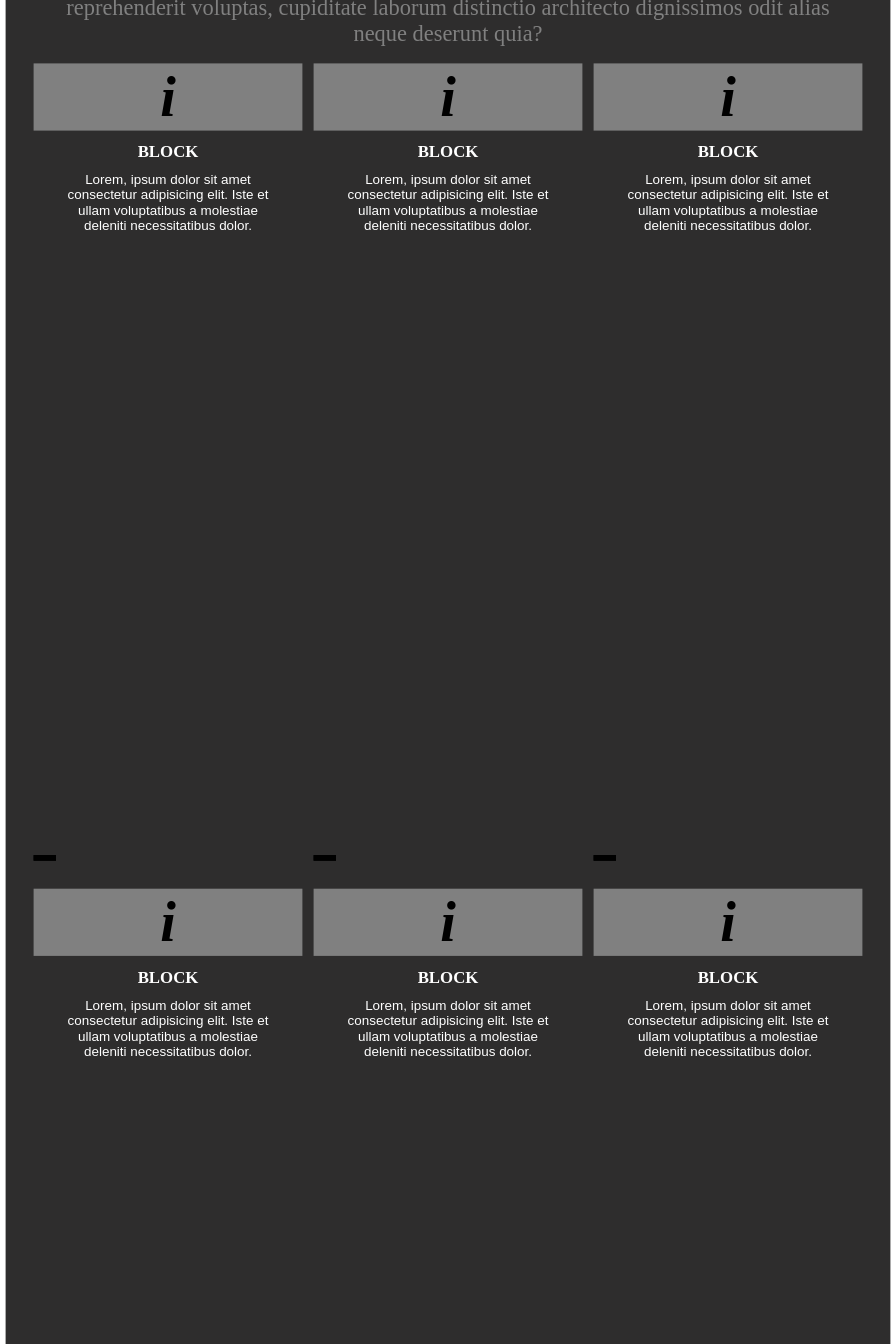
Repository: MohmdMHR/limesharp-test
Page: /
An editor plug-in stored every save of this project. The page is shown before and after the next save, followed by the edit.
The browser window is 1280 px wide. The pictures show the part of the page from y = 431 to 2351 px (the page is 4300 px tall), at 70% of full size.
The project was rebuilt for these pictures with package versions that can differ from the ones it lists, and the page was loaded fresh each time. Also part of the build but not shown: vue.config.js.

Above is the page before, as saved 2022-07-20 17:59:15.

### src/main.js
import Vue from "vue";
import Main from "./Main.vue";

Vue.config.productionTip = false;

new Vue({
  render: (h) => h(Main),
}).$mount("#app");

### src/Main.vue
<template>
  <div class="main container">
    <h1 class="main-title">Experienced & multi-talented</h1>
    <hr class="spacer" />
    <div class="main-content">
      Lorem ipsum dolor sit amet consectetur adipisicing elit. Sequi autem
      facere beatae atque reprehenderit voluptas, cupiditate laborum distinctio
      architecto dignissimos odit alias neque deserunt quia?
    </div>
    <div class="cards-container">
      <card
        v-for="(card, index) in numberOfCards"
        :key="index"
        title="block"
      ></card>
    </div>
  </div>
</template>

<script>
import Card from "./components/card.vue";

export default {
  name: "App",
  components: {
    Card,
  },
  data() {
    return {
      numberOfCards: 8,
    };
  },
};
</script>

<style lang="scss" scoped>
.main {
  padding: 15rem 2rem;
  background-color: rgb(46, 45, 45);
}
.main-title {
  color: white;
  text-align: center;
  font-size: 3rem;
}
.spacer {
  border-top: 3px solid white;
  width: 5rem;
}
.main-content {
  color: gray;
  text-align: center;
  margin: 1rem 2rem;
  font-size: 2rem;
}
.cards-container {
  display: grid;
  grid-template-columns: repeat(auto-fit, 25rem);
  justify-content: center;
}
</style>

### src/components/card.vue
<template>
  <div class="card container">
    <div class="card-banner-img">i</div>
    <div class="card-content">
      <h1 class="card-content-title">{{ title }}</h1>
      <p class="card-content-text" :class="{ collapsed: collapsed }">
        Lorem, ipsum dolor sit amet consectetur adipisicing elit. Iste et ullam
        voluptatibus a molestiae deleniti necessitatibus dolor.
      </p>
    </div>

    <div
      class="card-btn"
      :class="{ toggled: collapsed }"
      @click="collapse()"
    ></div>
  </div>
</template>

<script>
export default {
  name: "SingleCard",
  data() {
    return {
      collapsed: false,
    };
  },
  props: {
    title: {
      type: String,
      Default: "Block",
    },
  },
  methods: {
    collapse() {
      this.collapsed = !this.collapsed;
    },
  },
};
</script>

<style lang="scss" scoped>
.card {
  border-radius: 0.5rem;
  position: relative;
  margin: 0.5rem;
}
.card-banner-img {
  overflow: hidden;
  background-color: gray;
  justify-content: center;
  display: flex;
  align-items: center;
  height: 6rem;
  font-weight: bold;
  font-style: italic;
  font-size: 5rem;
}
.card-content-title {
  color: white;
  text-transform: uppercase;
  text-align: center;

  font-size: 1.5rem;
}
.card-content-text {
  color: white;
  text-align: center;
  height: 60rem;
  margin: 1rem 2rem;
  font-family: "proxima-nova", sans-serif;
  font-size: 1.2rem;
  &.collapsed {
    height: 100%;

    position: absolute;
    z-index: 1;
  }
}
.card-btn {
  cursor: pointer;
  height: 2rem;
  position: relative;
  width: 2rem;
  &:before,
  &:after {
    background: black;
    content: "";
    height: 0.5rem;
    left: 0;
    position: absolute;
    top: 0;
    width: 2rem;
    transition: transform 500ms ease;
  }
  &:after {
    transform-origin: center;
  }
  &.toggled {
    &:after {
      transform: rotate(90deg);
    }
    &:before {
      transform: rotate(180deg);
    }
  }
}
</style>

Loaded but not shown: public/index.html (common file)

After the next save:
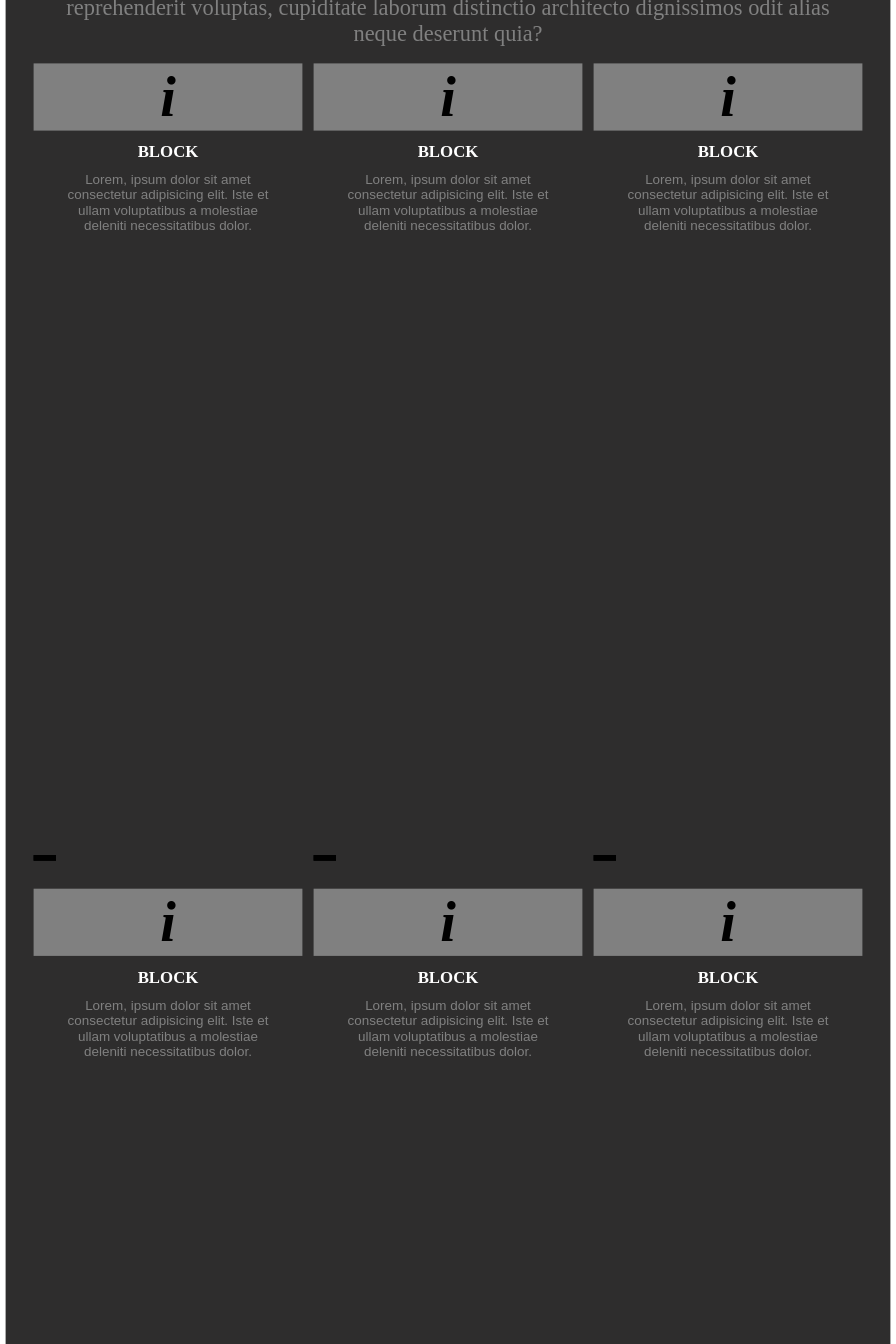
Saved 7 s later.
--- a/src/components/card.vue
+++ b/src/components/card.vue
@@ -64,7 +64,7 @@ export default {
   font-size: 1.5rem;
 }
 .card-content-text {
-  color: white;
+  color: gray;
   text-align: center;
   height: 60rem;
   margin: 1rem 2rem;
